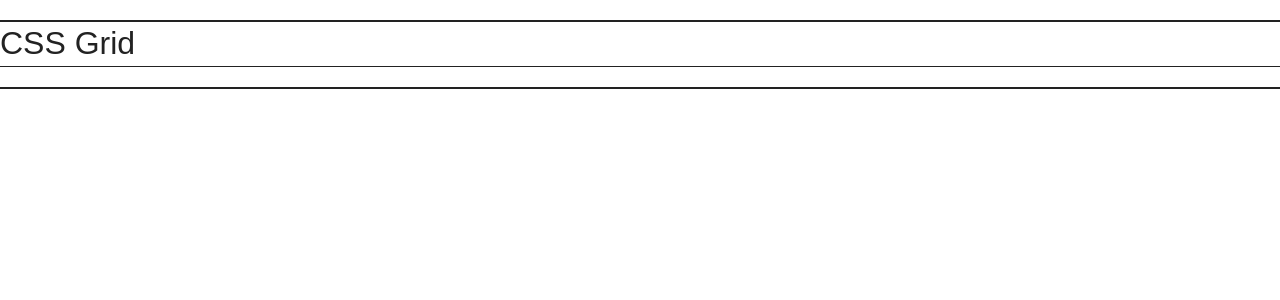
Repository: anoncoderin/madhu_kushal_html_layout
Page: metrosite_week4hw/index.html
The author's editor kept a copy of each file at every save. The page is drawn from the files as they stood at one save, then again after the next save.
The browser window is 1280 px wide. The pictures show the whole page.

Above is the page before, as saved 2023-01-27 22:45:13.

After the next save:
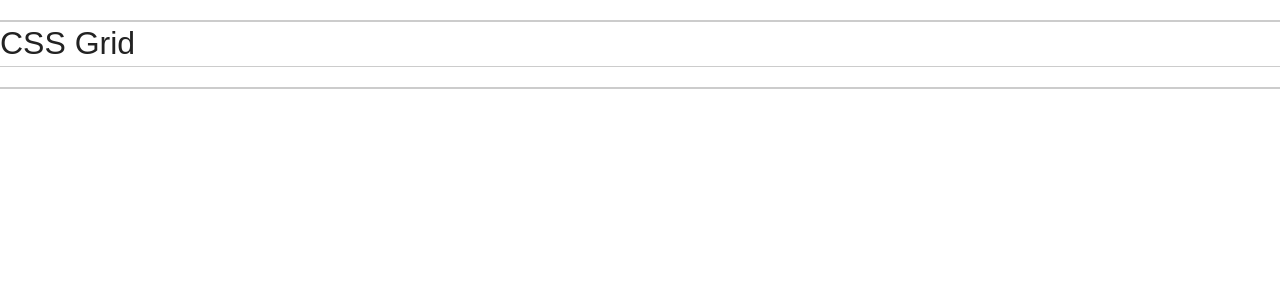
Saved 12 s later.
--- a/metrosite_week4hw/css/main.css
+++ b/metrosite_week4hw/css/main.css
@@ -42,7 +42,7 @@
 header,
 section,
 footer{
-  outline: 1px solid ;
+  outline: 1px solid #ccc;
 }
 
 h1,
